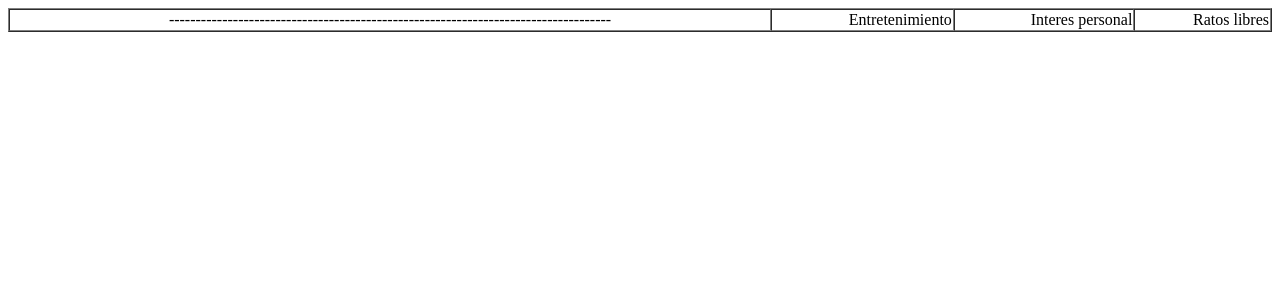
Repository: darlyn-saravia27/portafolio-darlynsaravia
Page: archivoshtml/tareas de html/index.html
These files come from the project's save history. The page is drawn as it stood at one moment and after the next save; the edit follows.
The browser window is 1280 px wide. The pictures show the whole page.

Above is the page before, as saved 2023-03-04 00:28:38.

After the next save:
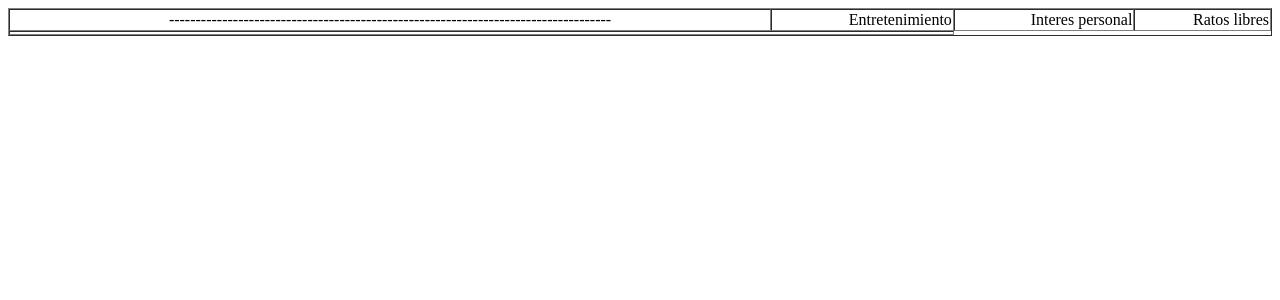
Saved 8 min 41 s later.
--- a/archivoshtml/tareas de html/index.html
+++ b/archivoshtml/tareas de html/index.html
@@ -14,6 +14,8 @@
         <td align="right">Interes personal</td>
         <td align="right">Ratos libres</td>
     </tr>
-
+    <tr>
+        <td colspan="2"></td>
+    </tr>
 </body>
 </html>
